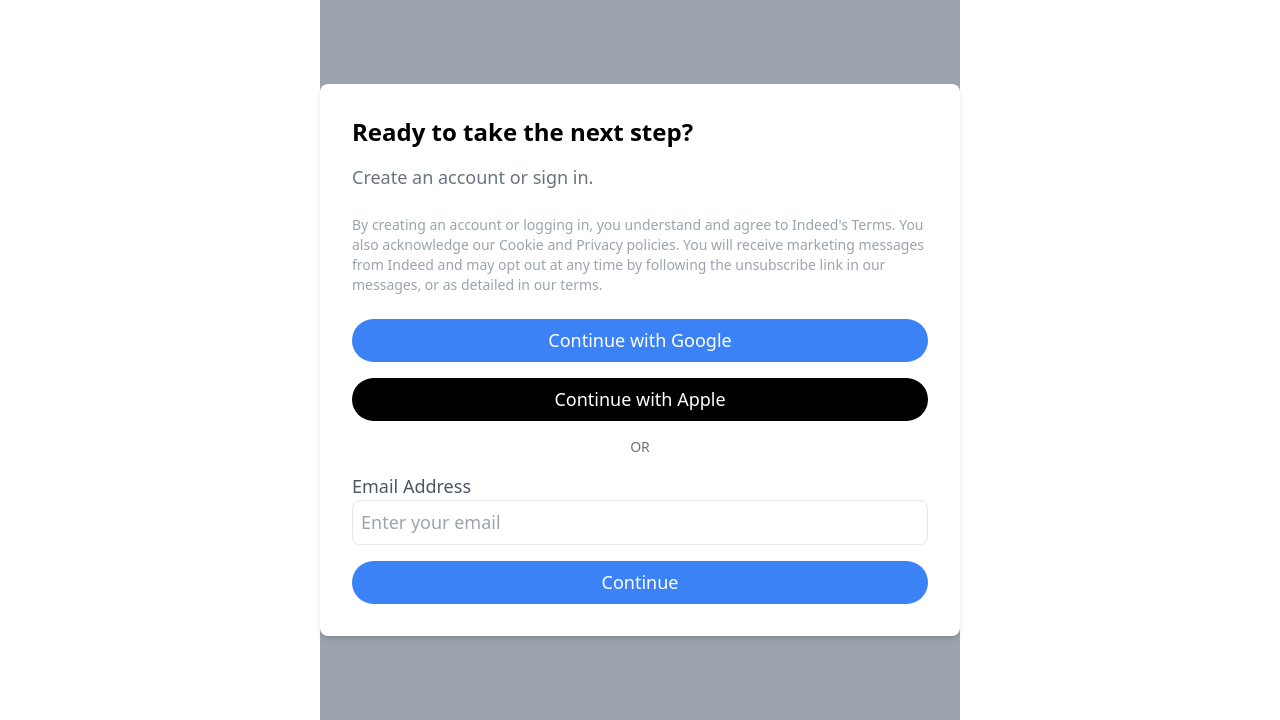
Repository: Temitech001/new-job
Page: /signin
An editor plug-in stored every save of this project. The page is shown before and after a run of saves, followed by the edit.
The browser window is 1280 px wide. The pictures show the whole page.
The project was rebuilt for these pictures with package versions that can differ from the ones it lists, and the page was loaded fresh each time. Also part of the build but not shown: src/App.css, src/components/header/Header.jsx, src/components/jobSearch/Job.jsx, src/components/jobSearch/JobListing.jsx, src/App.js.

Above is the page before, as saved 2023-08-22 02:00:15.

### public/index.html
<!DOCTYPE html>
<html lang="en">
  <head>
    <meta charset="utf-8" />
    <link rel="icon" href="%PUBLIC_URL%/favicon.ico" />
    <meta name="viewport" content="width=device-width, initial-scale=1" />
    <meta name="theme-color" content="#000000" />
    <meta
      name="description"
      content="JobConnect360 is your comprehensive platform for all things related to employment."
    />
    <link rel="apple-touch-icon" href="%PUBLIC_URL%/logo192.png" />
    <!--
      manifest.json provides metadata used when your web app is installed on a
      user's mobile device or desktop. See https://developers.google.com/web/fundamentals/web-app-manifest/
    -->
    <link rel="manifest" href="%PUBLIC_URL%/manifest.json" />
    <!--
      Notice the use of %PUBLIC_URL% in the tags above.
      It will be replaced with the URL of the `public` folder during the build.
      Only files inside the `public` folder can be referenced from the HTML.

      Unlike "/favicon.ico" or "favicon.ico", "%PUBLIC_URL%/favicon.ico" will
      work correctly both with client-side routing and a non-root public URL.
      Learn how to configure a non-root public URL by running `npm run build`.
    -->
    <title>JobConnect360</title>
  </head>
  <body>
    <noscript>You need to enable JavaScript to run this app.</noscript>
    <div id="root"></div>
    <!--
      This HTML file is a template.
      If you open it directly in the browser, you will see an empty page.

      You can add webfonts, meta tags, or analytics to this file.
      The build step will place the bundled scripts into the <body> tag.

      To begin the development, run `npm start` or `yarn start`.
      To create a production bundle, use `npm run build` or `yarn build`.
    -->
  </body>
</html>

### src/index.js
import React from 'react';
import ReactDOM from 'react-dom/client';
import { BrowserRouter, Routes, Route} from "react-router-dom";
import './index.css';
import App from './App';
import ScrollToTop from 'react-scroll-to-top';
import SignIn from './components/jobSearch/signIn/SignIn';

const root = ReactDOM.createRoot(document.getElementById('root'));
root.render(
  <React.StrictMode>
    <BrowserRouter>
    <ScrollToTop/>
            <Routes>
                <Route path="/" element={<App />} />
                <Route path="/signin" element={<SignIn />} />
                {/* <Route path="/impact" element={<ImpactPage />} /> */}
                {/* <Route path="/contact" element={<ContactPage />} /> */}
            </Routes>
            {/* <App /> */}
        </BrowserRouter>
  </React.StrictMode>
);

### src/index.css
@tailwind base;
@tailwind components;
@tailwind utilities;

body {
  margin: 0;
  font-family: "Noto Sans", "Helvetica Neue", Helvetica, Arial, sans-serif;
  -webkit-font-smoothing: antialiased;
  -moz-osx-font-smoothing: grayscale;
  font-size: 18px;
}

code {
  font-family: source-code-pro, Menlo, Monaco, Consolas, 'Courier New',
    monospace;
}

### src/components/jobSearch/signIn/SignIn.jsx
import React from 'react';
// import './SignIn.css'; // Add your additional CSS file for custom styling

const SignIn = () => {
  return (
    <div className="flex justify-center items-center h-screen w-2/4 mx-auto bg-gray-400">
      <div className="bg-white p-8 rounded-lg shadow-md">
        <h2 className="text-2xl font-semibold mb-4">
          Ready to take the next step?
        </h2>
        <p className="text-gray-500 mb-6">
          Create an account or sign in.
        </p>
        <p className="text-sm text-gray-400 mb-6">
          By creating an account or logging in, you understand and agree to Indeed's Terms. You also acknowledge our Cookie and Privacy policies. You will receive marketing messages from Indeed and may opt out at any time by following the unsubscribe link in our messages, or as detailed in our terms.
        </p>
        <button className="bg-blue-500 text-white rounded-full py-2 px-4 mb-4 w-full hover:bg-blue-600">
          Continue with Google
        </button>
        <button className="bg-black text-white rounded-full py-2 px-4 mb-4 w-full hover:bg-gray-800">
          Continue with Apple
        </button>
        <div className="text-center text-gray-500 text-sm mb-4">OR</div>
        <div className="mb-4">
          <label htmlFor="email" className="text-gray-600">Email Address</label>
          <input
            type="email"
            id="email"
            className="w-full border rounded-lg p-2 focus:outline-none focus:ring focus:border-blue-400"
            placeholder="Enter your email"
          />
        </div>
        <button className="bg-blue-500 text-white rounded-full py-2 px-4 w-full hover:bg-blue-600">
          Continue
        </button>
      </div>
    </div>
  );
};

export default SignIn;

### src/components/header/Header.css
/* Header.css */
@media (max-width: 768px) {
    /* Mobile styles */

    /* Center logo and move Sign In button to the right */
    .container {
      flex-direction: column;
      align-items: center;
    }

    .flex:nth-child(1) {
      margin-bottom: 1rem;
    }

    /* Add margin between logo and Sign In button */
    .flex:nth-child(2) {
      margin-top: 1rem;
    }

    /* Mobile menu icon styles */
    .menu-icon {
      display: inline-block;
    }

    .bar {
      width: 25px;
      height: 3px;
      background-color: white;
      margin: 4px 0;
      transition: 0.4s;
    }

    .open .bar:nth-child(1) {
      transform: rotate(-45deg) translate(-5px, 6px);
    }

    .open .bar:nth-child(2) {
      opacity: 0;
    }

    .open .bar:nth-child(3) {
      transform: rotate(45deg) translate(-5px, -6px);
    }

    /* Add styles for mobile menu (Hamburger) */
    .menu-items {
      display: none;
      flex-direction: column;
      align-items: center;
    }

    .menu-open .menu-items {
      display: flex;
    }

    /* Additional mobile styles can be added as needed */
  }

### tailwind.config.js
/** @type {import('tailwindcss').Config} */
module.exports = {
  content: ["./src/**/*.{html,jsx, js}"],
  theme: {
    extend: {},
  },
  plugins: [],
}

After the next 5 saves:
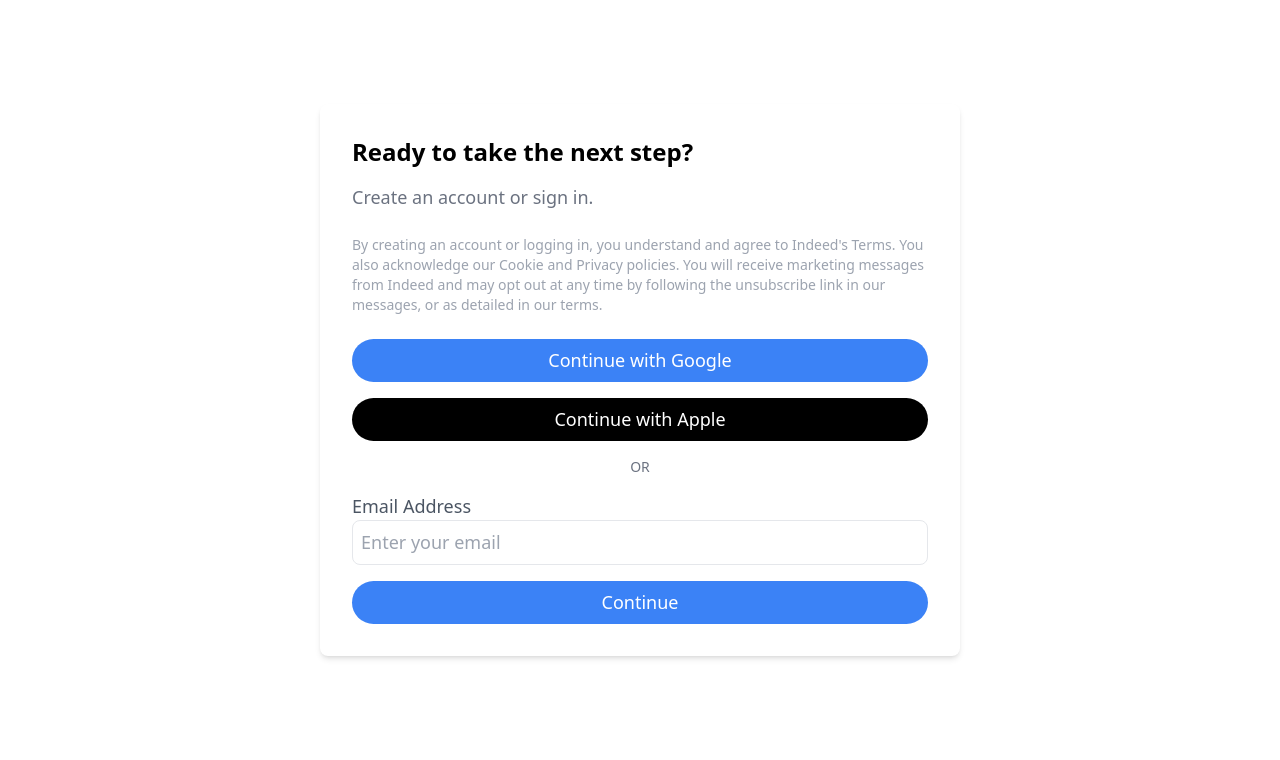
The 5 saves are shown as one change because they came seconds apart.
The last was saved 17 s later.
--- a/src/components/jobSearch/signIn/SignIn.jsx
+++ b/src/components/jobSearch/signIn/SignIn.jsx
@@ -3,7 +3,7 @@ import React from 'react';
 
 const SignIn = () => {
   return (
-    <div className="flex justify-center items-center h-screen w-2/4 mx-auto bg-gray-400">
+    <div className="flex justify-center items-center h-screen w-2/4 mx-auto my-5">
       <div className="bg-white p-8 rounded-lg shadow-md">
         <h2 className="text-2xl font-semibold mb-4">
           Ready to take the next step?
